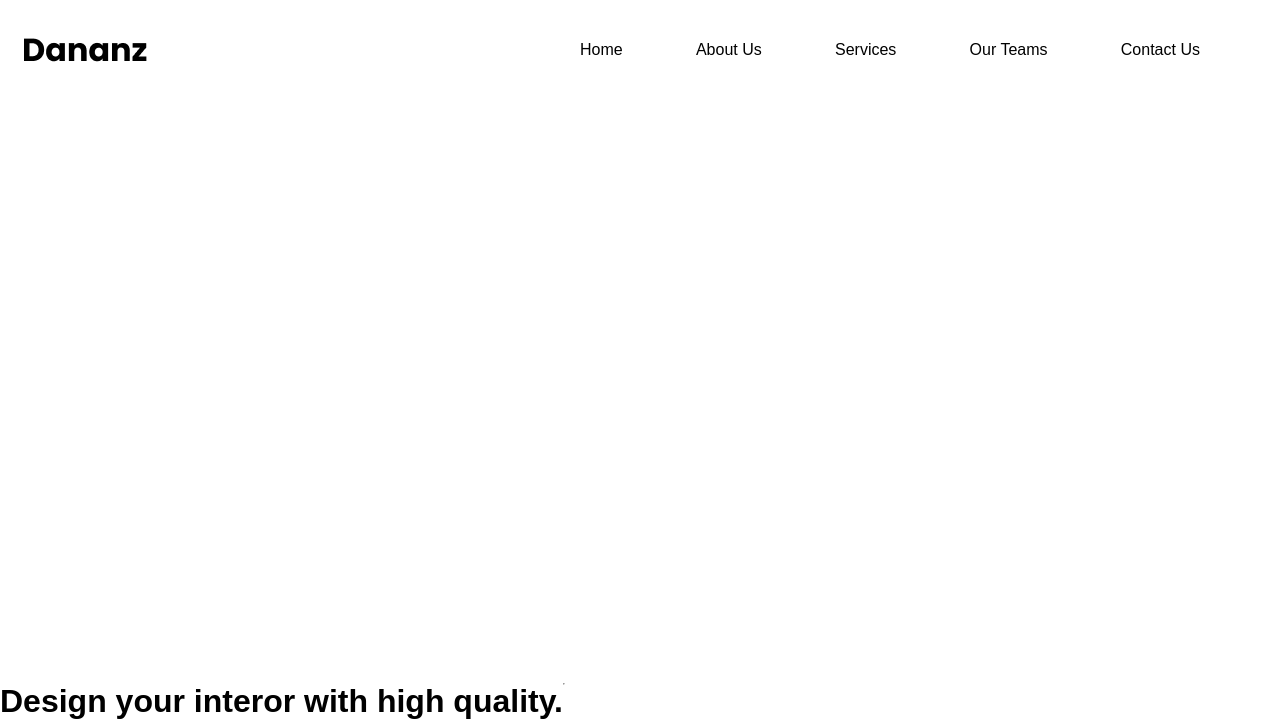
Repository: AsadKasimov/disain
Page: index.html
These files come from the project's save history. The page is drawn as it stood at one moment and after the next save; the edit follows.
The browser window is 1280 px wide. The pictures show the whole page.

Above is the page before, as saved 2023-04-20 00:58:29.

After the next save:
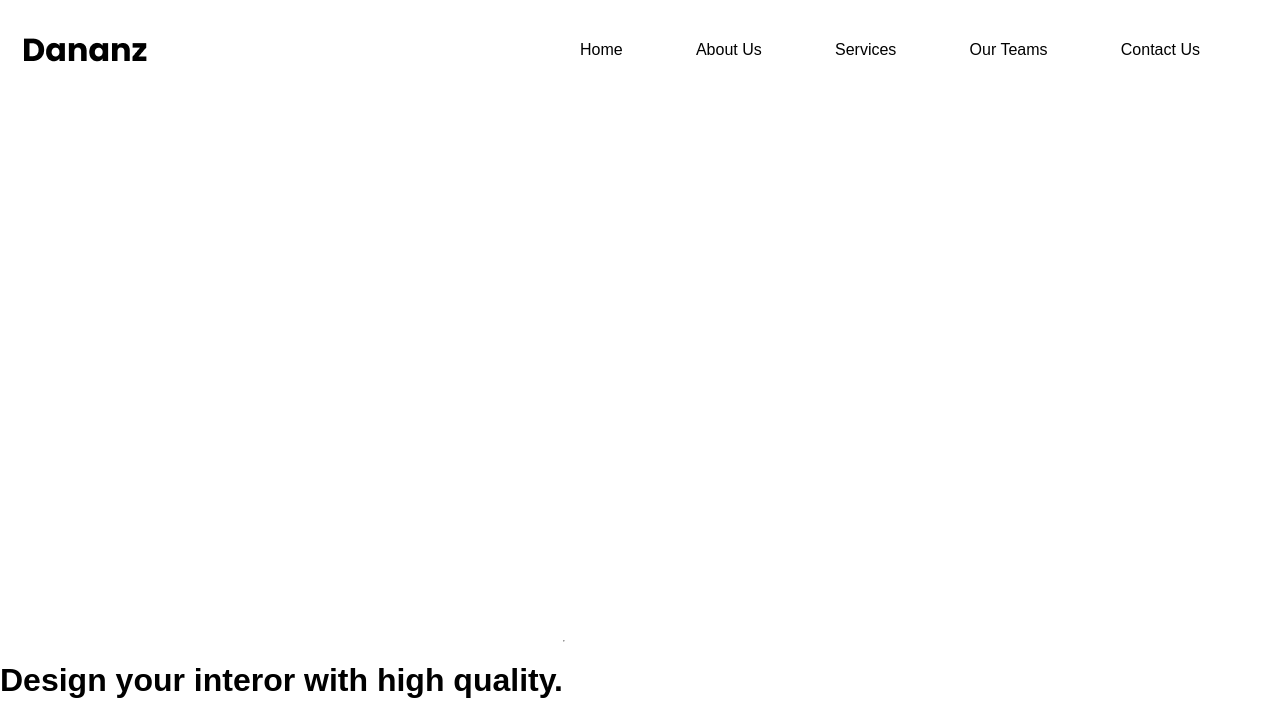
Saved 80 s later.
--- a/style.css
+++ b/style.css
@@ -101,6 +101,16 @@ body {
   transform: rotate(45deg) translate(0, 50%);
 }
 
+h1 {
+  display: block;
+  font-size: 2em;
+  margin-block-start: 0.67em;
+  margin-block-end: 0.67em;
+  margin-inline-start: 0px;
+  margin-inline-end: 0px;
+  font-weight: bold;
+}
+
 .menu{
   display: flex;
   justify-content: flex-start;
